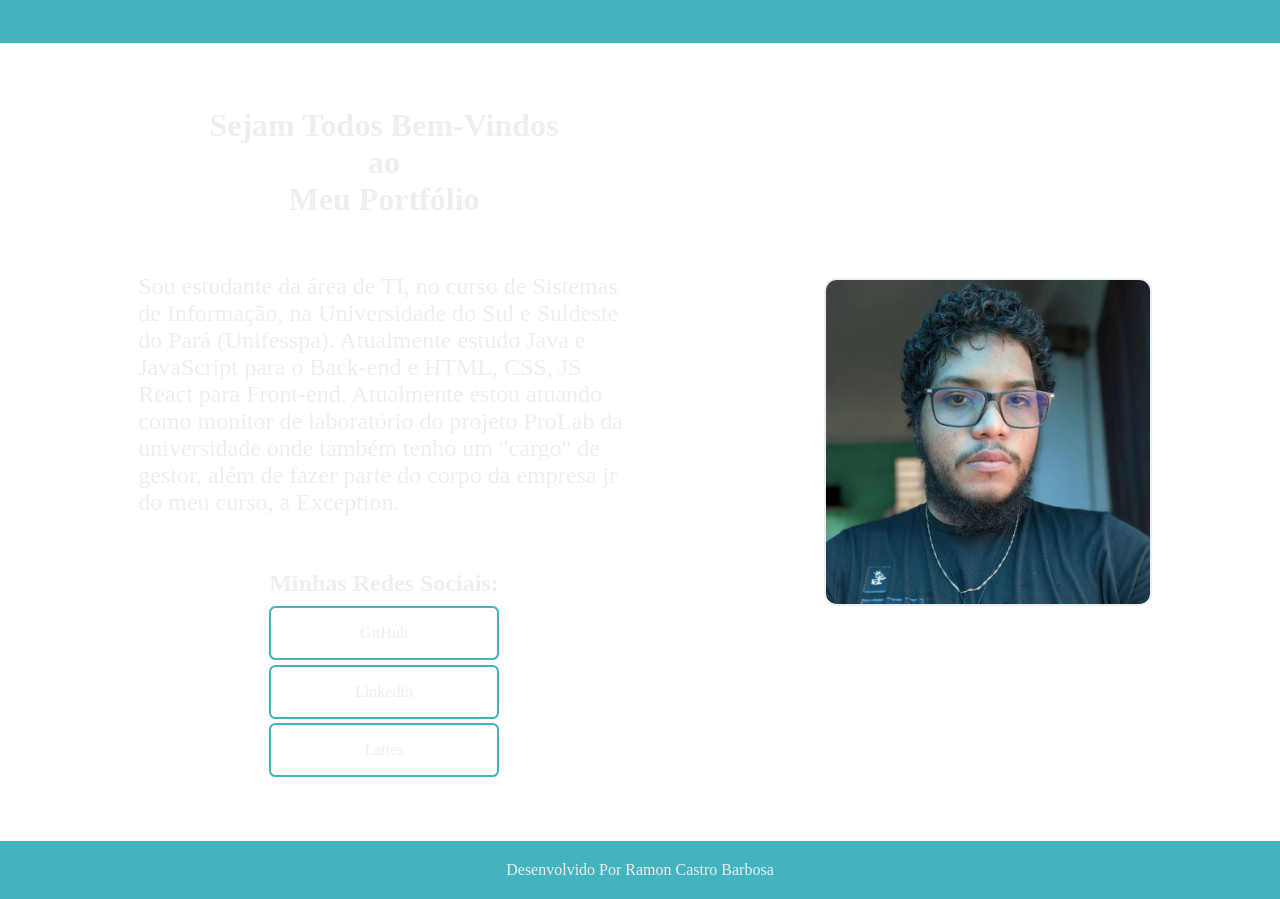
Repository: ramoncbarbosa/Web1_Atividade2
Page: index.html
These files come from the project's save history. The page is drawn as it stood at one moment and after the next save; the edit follows.
The browser window is 1280 px wide. The pictures show the whole page.

Above is the page before, as saved 2023-06-10 17:07:06.

### index.html
<!DOCTYPE html>
<html lang="en-US">
<head>
    <meta charset="UTF-8">
    <meta name="viewport" content="width=device-width, initial-scale=1.0">
    <link rel="stylesheet" href="./styles/styles.css">
    <title>Portfólio</title>
</head>
<body>
    <header class="cabecalho">
        <nav>
           <a href=""></a>
           <a href=""></a>
        </nav>
    </header>
    <section></section>
    <main class="principal">
        <section class="principal__principal">
            <h1 class="principal__titulo"><strong>Sejam Todos Bem-Vindos<br> ao<br> Meu Portfólio</strong></h1>
            <p class="principal__texto">
                Sou estudante da área de TI, no curso de Sistemas de Informação, na Universidade do Sul e Suldeste do Pará (Unifesspa). Atualmente estudo Java e JavaScript para o Back-end e HTML, CSS, JS React para Front-end.
                    Atualmente estou atuando como monitor de laboratório do projeto ProLab da universidade onde também tenho um "cargo" de gestor, além de fazer parte do corpo da empresa jr do meu curso, a Exception.
            </p>
            <div class="princiapl__links">
                <h2 class="secundario__titulo">Minhas Redes Sociais:</h2>
                <a target="_blank" id="github" href=""><img src="" alt="">GitHub</a>
                <a target="_blank" id="linkedin" href=""><img src="" alt="">Linkedin</a>
                <a target="_blank" id="lattes" href=""><img src="" alt="">Lattes</a>
            </div>
        </section>
            <img class="imagem" src="./img/perfil.jpg" alt="">
    </main>
    <footer class="rodape">
        <p class="rodape__rodape">Desenvolvido Por Ramon Castro Barbosa</p>
    </footer>
</body>
</html>

### styles/styles.css
*{
    padding: 0;
    margin: 0;
    box-sizing: border-box;
    text-decoration: none;
    gap: 0;
}

:root{
    --cor-um: #43b4bf;
    --cor-dois: #EEEEEE;
    --cor-tres: #000000;
    --color-gradiente: linear-gradient(45deg, #43b4bf, #00b7c8, #006d77);
}

body{
    width: 100%;
    height: 80vh;
    box-sizing: border-box;
    background-color: var(--);
    color: var(--cor-dois);
}

.cabecalho{
    width: 100%;
    height: 6vh;
    padding: 2% 0 0 10%;
    gap: 5rem;
    display: flex;
    background-color: var(--cor-um);
}

.principal{
    justify-content: space-between;
    display: flex;
    align-items: center;
    padding: 5% 10%;

}

.principal__principal{
    width: 50%;
    display: flex;
    flex-direction: column;
    gap: 1.8rem;
    text-align: center;
    align-items: center;

}

.principal__titulo{
    text-align: center;
    justify-content: center;
    font-size: 32px;
}

.principal__texto{
    display: flex;
    flex-wrap: wrap;
    justify-content: space-around;
    padding: 5% 2%;
    font-size: 24px;
    text-align: left;
}

.principal__links{
    display: flex;
    flex-direction: column;
    justify-content: center;
    text-align: center;
}

.secundario__titulo{
    margin-bottom: 4%;
}


#github{
    display: flex;
    align-items: center;
    justify-content: center;
    text-align: center;
    border: 2px solid var(--cor-um);
    border-radius: 0.4rem;
    width: 100%;
    text-decoration: none;
    padding: 1rem 0;
    margin-bottom: 2%;
    color: var(--cor-dois);
}

#linkedin{
    display: flex;
    align-items: center;
    justify-content: center;
    text-align: center;
    border: 2px solid var(--cor-um);
    border-radius: 0.4rem;
    width: 100%;
    text-decoration: none;
    padding: 1rem 0;
    margin-bottom: 2%;
    color: var(--cor-dois);
}

#lattes{
    display: flex;
    align-items: center;
    justify-content: center;
    text-align: center;
    border: 2px solid var(--cor-um);
    border-radius: 0.4rem;
    width: 100%;
    text-decoration: none;
    padding: 1rem 0;
    color: var(--cor-dois);
}

.imagem{
    width: 32%;
    display: flex;
    justify-content: center;
    border-radius: 0.8rem;
    border: 2px solid var(--cor-dois);
}

.rodape{
    width: 100%;
    height: 8vh;
    display: flex;
    align-items: center;
    flex-wrap: wrap;
    justify-content: space-around;

    background-color: var(--cor-um);
}

.rodape__rodape{
    text-align: center;
    padding: 1.5%;
}

After the next save:
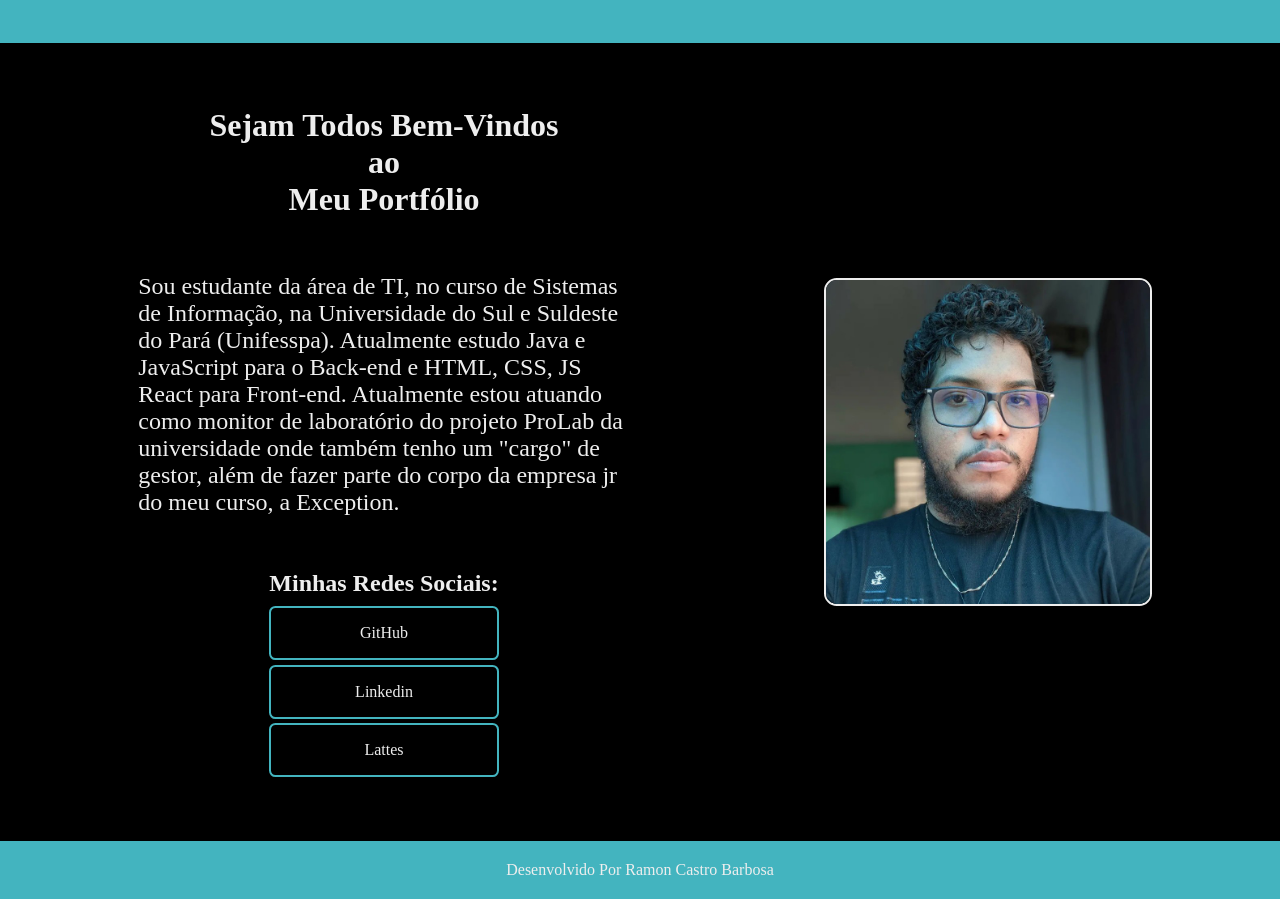
Saved 19 s later.
--- a/styles/styles.css
+++ b/styles/styles.css
@@ -17,7 +17,7 @@ body{
     width: 100%;
     height: 80vh;
     box-sizing: border-box;
-    background-color: var(--);
+    background-color: var(--cor-tres);
     color: var(--cor-dois);
 }
 
